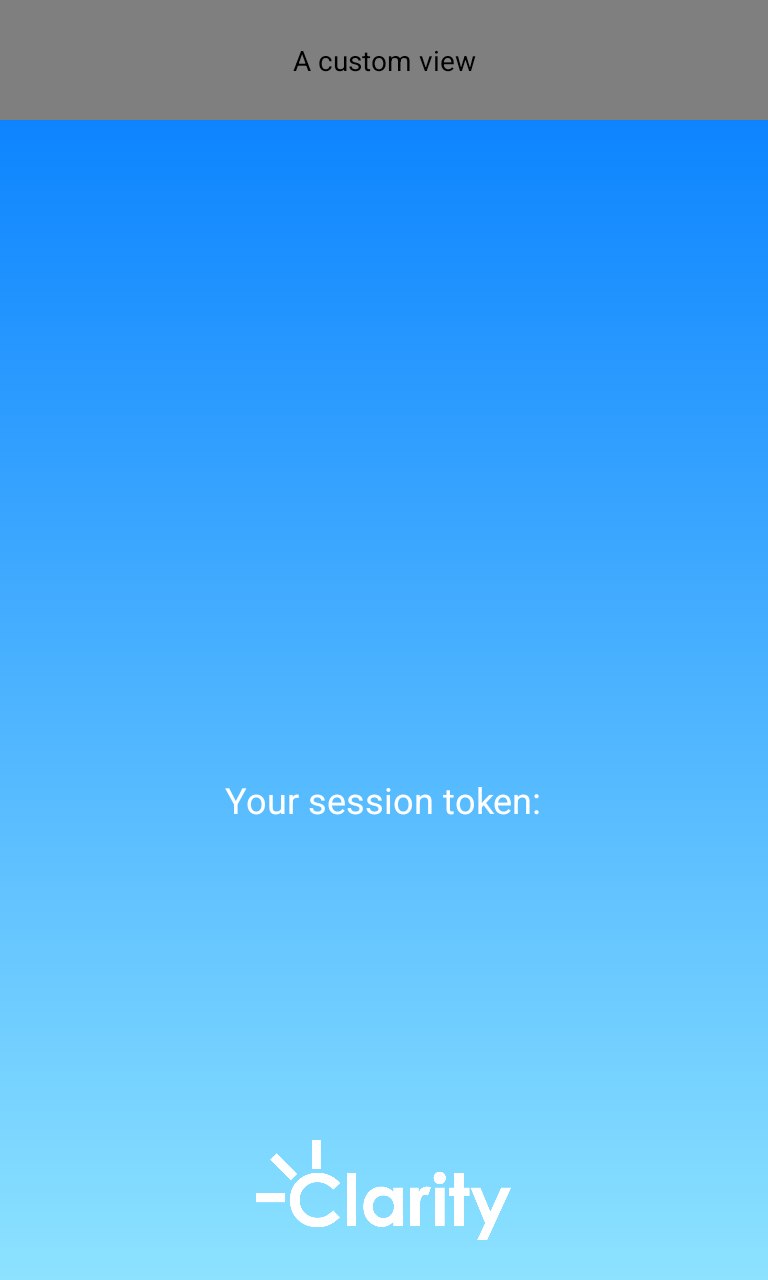
Repository: jballands/ClarityAndroid
Layout: ClarityForAndroid/res/layout/activity_session_info.xml
These files come from the project's save history. The layout is drawn as it stood at one moment and after the next save; the edit follows.
Pictures or frames that could not be fetched are drawn as grey boxes. It is drawn on a 768 x 1280 px phone screen (xhdpi) without system bars, with theme AppTheme; the app's code is not run.

Above is the layout before, as saved 2013-11-25 19:56:39.

### ClarityForAndroid/res/layout/activity_session_info.xml
<?xml version="1.0" encoding="utf-8"?>
<RelativeLayout xmlns:android="http://schemas.android.com/apk/res/android"
    android:layout_width="fill_parent"
    android:layout_height="fill_parent"
    android:background="@color/welcome_gradient"
    android:orientation="vertical" >

    <com.clarityforandroid.views.CurrentUserView
        android:id="@+id/currentUserView"
        android:layout_width="match_parent"
        android:layout_height="60dp"
        android:layout_alignParentTop="true"
        android:contentDescription="@string/custom_descript" />

    <RelativeLayout
        android:layout_width="wrap_content"
        android:layout_height="fill_parent"
              android:layout_below="@id/currentUserView"
        android:layout_centerInParent="true" >

            <TextView
                android:id="@+id/userId"
                android:layout_width="wrap_content"
                android:layout_height="wrap_content"
                android:textSize="34sp"
                android:textColor="#FFFFFF"
                android:textStyle="italic"
                android:layout_centerHorizontal="true"
                android:layout_centerVertical="true"
                android:contentDescription="@string/textview_descript" />

                <TextView
                android:id="@+id/tokenDescript"
                android:layout_width="wrap_content"
                android:layout_height="wrap_content"
                android:textSize="18sp"
                android:textColor="#FFFFFF"
                android:layout_marginTop="15sp"
                android:text="@string/your_token"
                android:layout_below="@id/userId"
                android:layout_centerHorizontal="true"
                android:layout_centerVertical="true"
                android:contentDescription="@string/textview_descript" />

            <TextView
                android:id="@+id/sessionToken"
                android:layout_width="wrap_content"
                android:layout_height="wrap_content"
                android:textSize="18sp"
                android:textColor="#FFFFFF"
                android:layout_below="@id/tokenDescript"
                android:layout_marginTop="2sp"
                android:layout_centerHorizontal="true"
                android:layout_centerVertical="true"
                android:contentDescription="@string/textview_descript" />
        </RelativeLayout>

    <ImageView
        android:id="@+id/logo"
        android:layout_width="wrap_content"
        android:layout_height="50dp"
        android:layout_alignParentBottom="true"
        android:layout_centerHorizontal="true"
        android:layout_marginBottom="20sp"
        android:layout_marginTop="20sp"
        android:contentDescription="@string/image_descript"
        android:src="@drawable/full_logo" />

</RelativeLayout>

### ClarityForAndroid/res/color/welcome_gradient.xml
<?xml version="1.0" encoding="utf-8"?>
<selector xmlns:android="http://schemas.android.com/apk/res/android">
<item>
    <shape>
        <gradient
            android:angle="90"
            android:startColor="#8CE2FF"
            android:endColor="#007BFF"
            android:type="linear" />
    </shape>
</item>
</selector>

### ClarityForAndroid/res/values/strings.xml
<?xml version="1.0" encoding="utf-8"?>
<resources>

    <string name="app_name">Clarity</string>
    <string name="menu_settings">Settings</string>

    <string name="image_descript">An image</string>
    <string name="custom_descript">A custom view</string>
    <string name="textview_descript">A text view</string>
    <string name="logout_message">Sign out of Clarity</string>
    <string name="search_patient_message">Query Clarity Datastore</string>
    <string name="add_patient_message">Create a patient</string>
    <string name="welcome_message">You must sign in to use Clarity.</string>
    <string name="username_hint">Username</string>
    <string name="password_hint">Password</string>
    <string name="firstname_hint">First name</string>
    <string name="middlename_hint">Middle name</string>
    <string name="lastname_hint">Last name</string>
    <string name="login_message">Sign in</string>
    <string name="dismiss_message">OK</string>
    <string name="trace_message">Trace</string>
    <string name="pref_message">Session information</string>
    <string name="error_title">Unexpected Error</string>
    <string name="your_token">Your session token:</string>
    <string name="male">Male</string>
    <string name="female">Female</string>
    <string name="dobMsg">Patient Date of Birth:</string>
    <string name="next_message">Next</string>
    <string name="location_hint">Location</string>
    <string name="genderMsg">Patient Sex:</string>

    <string name="generic_error">"Unfortunately, an error has occurred. Wait a few moments and then try again."</string>
    <string name="no_internet">Your Android device must be connected to the Internet in order to use Clarity. Please
        check that you are connected to a cellular network or Wifi before continuing. Go to your system settings to
        enable Internet access.</string>
    <string name="sign_in_error">The username/password combination you entered was not recognized by the Clarity
        server. Review your credentials and try again.</string>
    <string name="sign_out_reassurance">Are you sure you would like to sign out of Clarity?</string>
    <string name="leave_CAP_reassurance">Are you sure you would like to leave Create a Patient?</string>
    <string name="sign_out_wait">Signing you out of Clarity. Please wait.</string>
    <string name="sign_in_wait">Signing you into Clarity. Please wait.</string>
    <string name="invalid_session">The session token is no longer valid.</string>
    <string name="cap_demo_message">Enter patient information, then press next.</string>

</resources>

Loaded but not shown: ClarityForAndroid/res/values/styles.xml (common file)

After the next save:
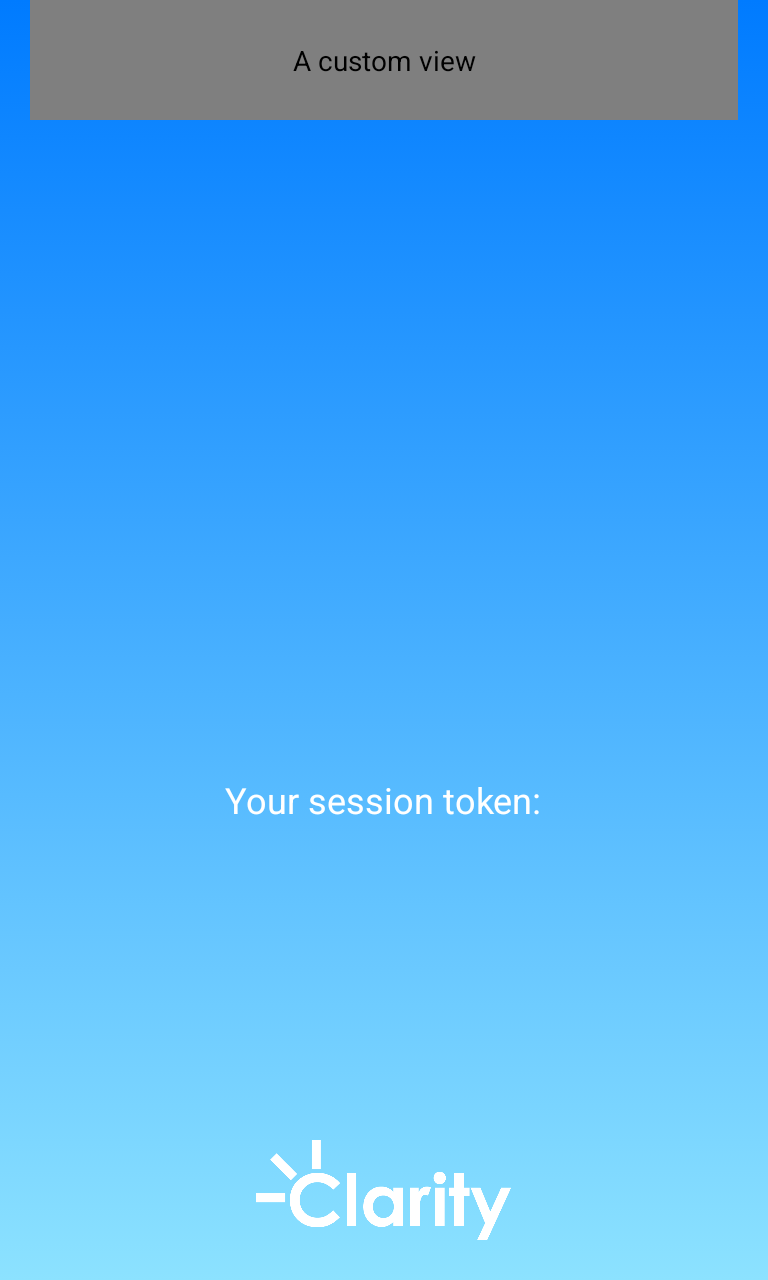
Saved 23 s later.
--- a/ClarityForAndroid/res/layout/activity_session_info.xml
+++ b/ClarityForAndroid/res/layout/activity_session_info.xml
@@ -3,7 +3,9 @@
     android:layout_width="fill_parent"
     android:layout_height="fill_parent"
     android:background="@color/welcome_gradient"
-    android:orientation="vertical" >
+    android:orientation="vertical"
+    android:paddingLeft="15sp"
+    android:paddingRight="15sp" >
 
     <com.clarityforandroid.views.CurrentUserView
         android:id="@+id/currentUserView"
